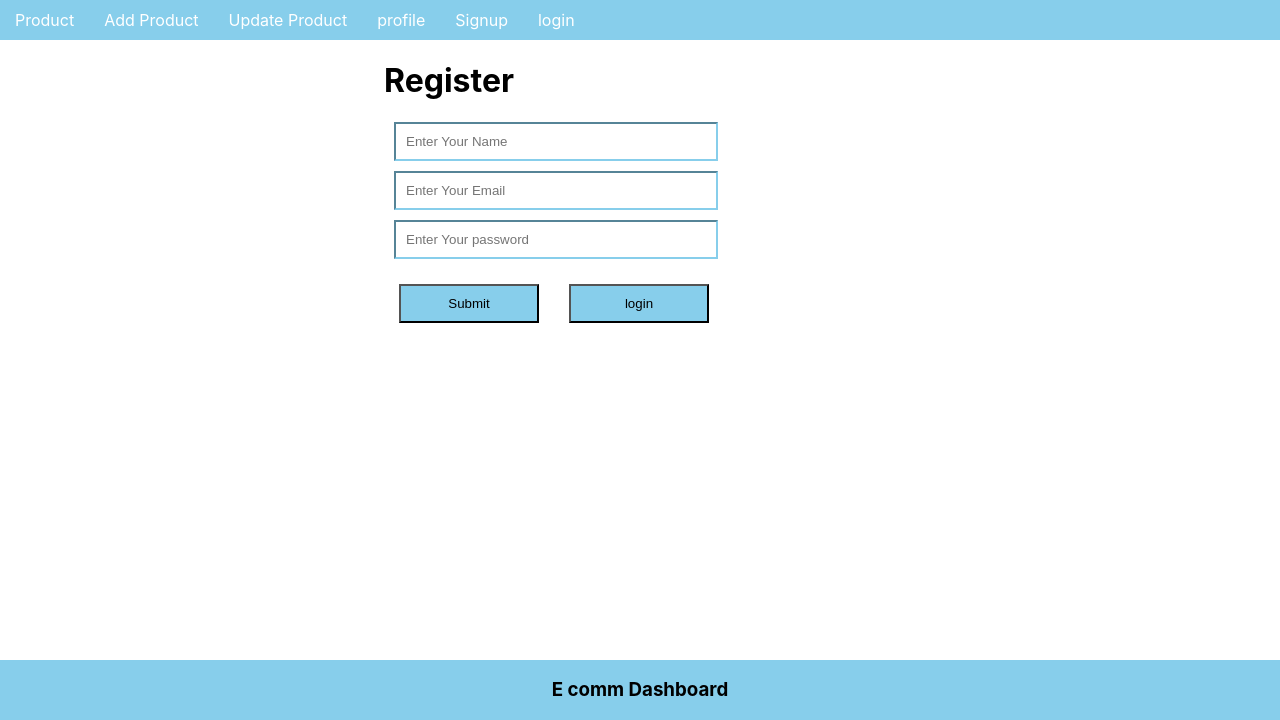
Repository: ShahbazGurmani/react-code-e-dashboard
Page: /
An editor plug-in stored every save of this project. The page is shown before and after the next save, followed by the edit.
The browser window is 1280 px wide. The pictures show the whole page.
The project was rebuilt for these pictures with package versions that can differ from the ones it lists, and the page was loaded fresh each time. Also part of the build but not shown: src/components/Login.js.

Above is the page before, as saved 2023-08-24 23:31:47.

### src/App.js

import './App.css';
import Nav from './components/Nav';

import { BrowserRouter, Route, Routes } from 'react-router-dom';
import Footer from './components/Footer';
import Signup from './components/Signup';
import PrivateCom from './components/PrivateCom';
import Login from './components/Login';
function App() {
  return (
    <div className="App">
      <BrowserRouter>
        <Nav/>
        <Routes>

          <Route element={<PrivateCom/>}>
           <Route path='/' element={<h1>Product Listing Component</h1>}/>
           <Route path='/add' element={<h1>Add Product Component</h1>}/>
           <Route path='/update' element={<h1>Products Update Component</h1>}/>
           <Route path='/logout' element={<h1>Logout Component</h1>}/>
           <Route path='/profile' element={<h1>profile Component</h1>}/>

          </Route>

          <Route path='/signup' element={<Signup/>}/>
          <Route path='/login' element={<Login/>}/>
        </Routes>

        </BrowserRouter>
        <Footer/>
    </div>
  );
}

export default App;

### src/App.css
.nav-ul{
  padding: 0px;
    margin: 0;
    background-color: skyblue;
}

.nav-ul li{
  display: inline-block;
  padding: 10px;

}

.nav-ul li a{
  color: white;
    padding: 5px;
    text-decoration: none;
}
.footer{
  background-color: skyblue;
    position: absolute;
    bottom: 0;
    text-align: center;
    width: 100%;
}
.register{
  margin-left: 30%;
}
.login{
  margin-left: 30%;
}
.loginInputbox{
  display: block;
  padding: 10px;
  margin: 10px;
  width: 300px;
  border-color: skyblue;
}
.inputBox{
  display: block;
    padding: 10px;
    margin: 10px;
    width: 300px;
    border-color: skyblue;
}
.button{
  margin: 15px;
    padding: 10px;
    width: 140px;
    background-color: skyblue;
    cursor: pointer;
}


@media (prefers-reduced-motion: no-preference) {
  .App-logo {
    animation: App-logo-spin infinite 20s linear;
  }
}

.App-header {
  background-color: #282c34;
  min-height: 100vh;
  display: flex;
  flex-direction: column;
  align-items: center;
  justify-content: center;
  font-size: calc(10px + 2vmin);
  color: white;
}

.App-link {
  color: #61dafb;
}

@keyframes App-logo-spin {
  from {
    transform: rotate(0deg);
  }
  to {
    transform: rotate(360deg);
  }
}

### src/components/Nav.js

import { Link, useNavigate, } from "react-router-dom";

const Nav = ()=>{
const auth  = localStorage.getItem('user');
const navigate = useNavigate();

  const  logout = ()=>{
    localStorage.clear();
    navigate('/signup');
  }
    return(
        <div>
            <ul className="nav-ul">
               <li><Link to="/">Product</Link></li>
               <li><Link to="/add">Add Product</Link></li>
               <li><Link to="/update">Update Product</Link></li>
               <li><Link to="/profile">profile</Link></li>
               {
                auth ?<li><Link onClick={logout} to="/singup" >Logout</Link></li>:
                <>
                     <li><Link to="/signup">Signup</Link></li>
                     <li><Link to="/login">login</Link></li>
                </>
               }
            </ul>
        </div>
    )

}

export default Nav;

### src/components/Footer.js
import React from "react";

const Footer =()=>
{

    return(
        <div className="footer">
            <h3>E comm Dashboard </h3>
        </div>
    )
}

export default Footer;

### src/components/Signup.js
import React, { useEffect, useState } from "react";
import { json } from "react-router-dom";
import { useNavigate } from "react-router-dom";

const Signup = () => {
  const [name, setName] = useState("");
  const [email, setEmail] = useState("");
  const [password, setPassword] = useState("");

 const navigate = useNavigate();
  useEffect(()=>{
    const auth = localStorage.getItem('user');
    if(auth)
    {
        navigate("/")
    }
  },[])


  const collectData = async () => {
    console.warn(name, email, password);
    let result = await fetch("http://localhost:4500/register", {
      method: "post",
      body: JSON.stringify({ name, email, password }),
      headers: {
        "Content-Type": "application/json",
      },
    });
    result = await result.json();
    localStorage.setItem("user", JSON.stringify(result));
    if (result) {
      navigate("/");
    }
  };

  return (
    <div className="register">
      <h1>Register</h1>
      <input
        className="inputBox"
        type="text"
        value={name}
        onChange={(e) => {
          setName(e.target.value);
        }}
        placeholder="Enter Your Name"
      />

      <input
        className="inputBox"
        type="text"
        value={email}
        onChange={(e) => {
          setEmail(e.target.value);
        }}
        placeholder="Enter Your Email"
      />

      <input
        className="inputBox"
        type="password"
        value={password}
        onChange={(e) => {
          setPassword(e.target.value);
        }}
        placeholder="Enter Your password"
      />

      <button onClick={collectData} className="button" type="submit">
        Submit
      </button>
      <button  className="button" type="submit">
        login
      </button>
    </div>
  );
};

export default Signup;

### src/components/PrivateCom.js
import React from "react";
import { Navigate, Outlet } from "react-router-dom";

const PrivateCom = ()=>{

    const auth = localStorage.getItem('user');
    return auth?<Outlet/>:<Navigate to={'/signup'}/>
}

export default PrivateCom;

Loaded but not shown: public/index.html (common file); src/index.js (common file); src/index.css (common file); src/reportWebVitals.js (common file)

After the next save:
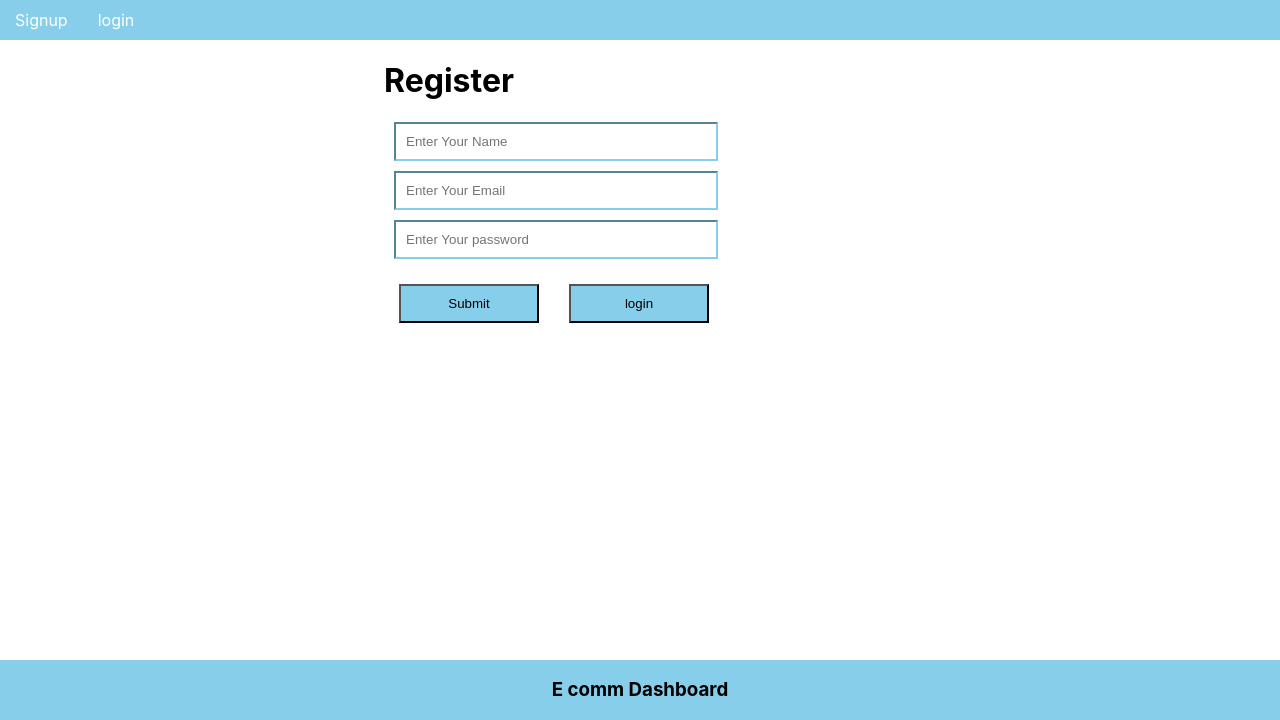
Saved 8 min 15 s later.
--- a/src/components/Nav.js
+++ b/src/components/Nav.js
@@ -11,19 +11,20 @@ const navigate = useNavigate();
   }
     return(
         <div>
-            <ul className="nav-ul">
-               <li><Link to="/">Product</Link></li>
-               <li><Link to="/add">Add Product</Link></li>
-               <li><Link to="/update">Update Product</Link></li>
-               <li><Link to="/profile">profile</Link></li>
-               {
-                auth ?<li><Link onClick={logout} to="/singup" >Logout</Link></li>:
-                <>
-                     <li><Link to="/signup">Signup</Link></li>
-                     <li><Link to="/login">login</Link></li>
-                </>
-               }
-            </ul>
+            { auth  ?
+              <ul className="nav-ul">
+                 <li><Link to="/">Product</Link></li>
+                 <li><Link to="/add">Add Product</Link></li>
+                 <li><Link to="/update">Update Product</Link></li>
+                 <li><Link to="/profile">profile</Link></li>
+                 <li><Link onClick={logout} to="/singup" >Logout</Link></li>
+               </ul> :
+                <ul className="nav-ul">
+                  <li><Link to="/signup">Signup</Link></li>
+                  <li><Link to="/login">login</Link></li>
+                </ul>
+
+          }
         </div>
     )
 
